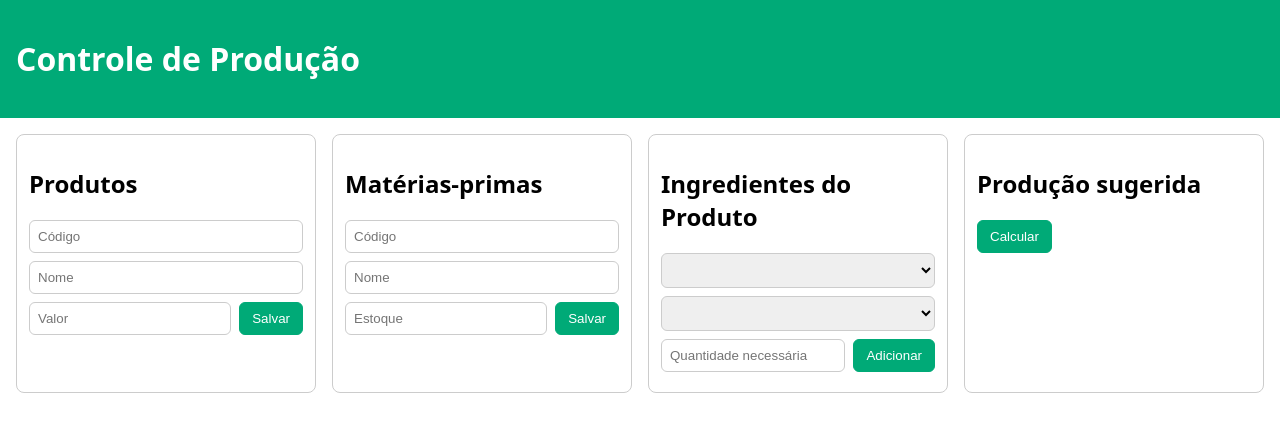
Repository: renancastilho/AutoFlex
Page: frontend/index.html
These files come from the project's save history. The page is drawn as it stood at one moment and after the next save; the edit follows.
The browser window is 1280 px wide. The pictures show the whole page.
The page's requests for data from a server got no answer.

Above is the page before, as saved 2026-02-02 10:28:46.

### frontend/index.html
<!doctype html>
<html lang="pt-br">
<head>
  <meta charset="utf-8">
  <meta name="viewport" content="width=device-width, initial-scale=1">
  <title>Controle de Produção</title>
  <link rel="stylesheet" href="/web/estilos.css">
</head>
<body>
  <header class="cabecalho">
    <h1>Controle de Produção</h1>
  </header>
  <main class="conteudo">
    <section class="cartao">
      <h2>Produtos</h2>
      <form id="form-produto" class="linha">
        <input id="produto-codigo" placeholder="Código" required>
        <input id="produto-nome" placeholder="Nome" required>
        <input id="produto-valor" placeholder="Valor" type="number" step="0.01" required>
        <button type="submit">Salvar</button>
      </form>
      <div id="lista-produtos" class="lista"></div>
    </section>
    <section class="cartao">
      <h2>Matérias-primas</h2>
      <form id="form-materia" class="linha">
        <input id="materia-codigo" placeholder="Código" required>
        <input id="materia-nome" placeholder="Nome" required>
        <input id="materia-estoque" placeholder="Estoque" type="number" required>
        <button type="submit">Salvar</button>
      </form>
      <div id="lista-materias" class="lista"></div>
    </section>
    <section class="cartao">
      <h2>Ingredientes do Produto</h2>
      <div class="linha">
        <select id="produto-selecionado"></select>
        <select id="materia-selecionada"></select>
        <input id="quantidade-necessaria" type="number" placeholder="Quantidade necessária">
        <button id="btn-adicionar-ingrediente">Adicionar</button>
      </div>
      <div id="lista-ingredientes" class="lista"></div>
    </section>
    <section class="cartao">
      <h2>Produção sugerida</h2>
      <button id="btn-calcular">Calcular</button>
      <div id="lista-producao" class="lista"></div>
      <div id="valor-total" class="total"></div>
    </section>
  </main>
  <script src="/web/script.js"></script>
</body>
</html>

### frontend/estilos.css
:root { color-scheme: light dark; }
body { font-family: system-ui, Arial, sans-serif; margin: 0; }
.cabecalho { padding: 16px; background: #0a7; color: #fff; }
.conteudo { display: grid; gap: 16px; padding: 16px; grid-template-columns: repeat(auto-fit, minmax(280px, 1fr)); }
.cartao { border: 1px solid #ccc; border-radius: 8px; padding: 12px; background: #fff0; }
.linha { display: flex; gap: 8px; flex-wrap: wrap; }
.lista { margin-top: 8px; display: grid; gap: 8px; }
.item { display: flex; justify-content: space-between; align-items: center; border: 1px solid #ddd; border-radius: 6px; padding: 8px; }
.item b { margin-right: 8px; }
button { padding: 8px 12px; border: 1px solid #0a7; background: #0a7; color: #fff; border-radius: 6px; cursor: pointer; }
button.secondary { background: #fff; color: #0a7; }
input, select { padding: 8px; border: 1px solid #ccc; border-radius: 6px; flex: 1; min-width: 140px; }
.total { margin-top: 8px; font-weight: bold; }

### frontend/script.js
const api = {
    produtos: '/produtos',
    materias: '/materias-primas',
    associacoes: '/associacoes',
    producao: '/producao/sugerida'
}

async function carregar_produtos() {
    const r = await fetch(api.produtos)
    const itens = await r.json()
    const lista = document.getElementById('lista-produtos')
    const select = document.getElementById('produto-selecionado')
    lista.innerHTML = ''
    select.innerHTML = ''
    itens.forEach(p => {
        const div = document.createElement('div')
        div.className = 'item'
        div.innerHTML = `<div><b>${p.codigo}</b> ${p.nome} - R$ ${p.valor.toFixed(2)}</div>
      <div>
        <button class="secondary" data-id="${p.id}" data-acao="editar">Editar</button>
        <button data-id="${p.id}" data-acao="excluir">Excluir</button>
      </div>`
        lista.appendChild(div)
        const opt = document.createElement('option')
        opt.value = p.id
        opt.textContent = `${p.codigo} - ${p.nome}`
        select.appendChild(opt)
    })
}

async function carregar_materias() {
    const r = await fetch(api.materias)
    const itens = await r.json()
    const lista = document.getElementById('lista-materias')
    const select = document.getElementById('materia-selecionada')
    lista.innerHTML = ''
    select.innerHTML = ''
    itens.forEach(m => {
        const div = document.createElement('div')
        div.className = 'item'
        div.innerHTML = `<div><b>${m.codigo}</b> ${m.nome} - estoque: ${m.quantidade_estoque}</div>
      <div>
        <button class="secondary" data-id="${m.id}" data-acao="editar">Editar</button>
        <button data-id="${m.id}" data-acao="excluir">Excluir</button>
      </div>`
        lista.appendChild(div)
        const opt = document.createElement('option')
        opt.value = m.id
        opt.textContent = `${m.codigo} - ${m.nome}`
        select.appendChild(opt)
    })
}

async function carregar_ingredientes() {
    const produto_id = document.getElementById('produto-selecionado').value
    if (!produto_id) return
    const r = await fetch(`${api.associacoes}/produto/${produto_id}`)
    const itens = await r.json()
    const lista = document.getElementById('lista-ingredientes')
    lista.innerHTML = ''
    itens.forEach(a => {
        const div = document.createElement('div')
        div.className = 'item'
        div.innerHTML = `<div>#${a.id} - Matéria ${a.materia_prima_id} precisa ${a.quantidade_necessaria}</div>
      <div>
        <button class="secondary" data-id="${a.id}" data-acao="editar-ingrediente">Editar</button>
        <button data-id="${a.id}" data-acao="excluir-ingrediente">Excluir</button>
      </div>`
        lista.appendChild(div)
    })
}

async function salvar_produto(e) {
    e.preventDefault()
    const codigo = document.getElementById('produto-codigo').value.trim()
    const nome = document.getElementById('produto-nome').value.trim()
    const valor = parseFloat(document.getElementById('produto-valor').value)
    if (!codigo || !nome || !valor) return
    await fetch(api.produtos, {
        method: 'POST',
        headers: { 'Content-Type': 'application/json' },
        body: JSON.stringify({ codigo, nome, valor })
    })
    e.target.reset()
    carregar_produtos()
}

async function salvar_materia(e) {
    e.preventDefault()
    const codigo = document.getElementById('materia-codigo').value.trim()
    const nome = document.getElementById('materia-nome').value.trim()
    const quantidade_estoque = parseInt(document.getElementById('materia-estoque').value)
    if (!codigo || !nome || isNaN(quantidade_estoque)) return
    await fetch(api.materias, {
        method: 'POST',
        headers: { 'Content-Type': 'application/json' },
        body: JSON.stringify({ codigo, nome, quantidade_estoque })
    })
    e.target.reset()
    carregar_materias()
}

async function adicionar_ingrediente() {
    const produto_id = document.getElementById('produto-selecionado').value
    const materia_prima_id = parseInt(document.getElementById('materia-selecionada').value)
    const quantidade_necessaria = parseInt(document.getElementById('quantidade-necessaria').value)
    if (!produto_id || !materia_prima_id || !quantidade_necessaria) return
    await fetch(`${api.associacoes}/produto/${produto_id}`, {
        method: 'POST',
        headers: { 'Content-Type': 'application/json' },
        body: JSON.stringify({ materia_prima_id, quantidade_necessaria })
    })
    document.getElementById('quantidade-necessaria').value = ''
    carregar_ingredientes()
}

async function editar_excluir_lista(e) {
    const botao = e.target.closest('button')
    if (!botao) return
    const acao = botao.dataset.acao
    const id = botao.dataset.id
    if (acao === 'excluir') {
        await fetch(`${api.produtos}/${id}`, { method: 'DELETE' })
        carregar_produtos()
        carregar_ingredientes()
    } else if (acao === 'editar') {
        const nome = prompt('Novo nome:')
        const valor = prompt('Novo valor:')
        if (!nome && !valor) return
        const body = {}
        if (nome) body.nome = nome
        if (valor) body.valor = parseFloat(valor)
        await fetch(`${api.produtos}/${id}`, { method: 'PUT', headers: { 'Content-Type': 'application/json' }, body: JSON.stringify(body) })
        carregar_produtos()
    }
    if (acao === 'excluir-ingrediente') {
        await fetch(`${api.associacoes}/${id}`, { method: 'DELETE' })
        carregar_ingredientes()
    } else if (acao === 'editar-ingrediente') {
        const quantidade_necessaria = prompt('Nova quantidade necessária:')
        if (!quantidade_necessaria) return
        await fetch(`${api.associacoes}/${id}`, { method: 'PUT', headers: { 'Content-Type': 'application/json' }, body: JSON.stringify({ materia_prima_id: 0, quantidade_necessaria: parseInt(quantidade_necessaria) }) })
        carregar_ingredientes()
    }
}

async function editar_excluir_materias(e) {
    const botao = e.target.closest('button')
    if (!botao) return
    const acao = botao.dataset.acao
    const id = botao.dataset.id
    if (acao === 'excluir') {
        await fetch(`${api.materias}/${id}`, { method: 'DELETE' })
        carregar_materias()
        carregar_ingredientes()
    } else if (acao === 'editar') {
        const nome = prompt('Novo nome:')
        const quantidade_estoque = prompt('Nova quantidade em estoque:')
        if (!nome && !quantidade_estoque) return
        const body = {}
        if (nome) body.nome = nome
        if (quantidade_estoque) body.quantidade_estoque = parseInt(quantidade_estoque)
        await fetch(`${api.materias}/${id}`, { method: 'PUT', headers: { 'Content-Type': 'application/json' }, body: JSON.stringify(body) })
        carregar_materias()
    }
}

async function calcular_producao() {
    const r = await fetch(api.producao)
    const dados = await r.json()
    const lista = document.getElementById('lista-producao')
    const total = document.getElementById('valor-total')
    lista.innerHTML = ''
    dados.itens.forEach(i => {
        const div = document.createElement('div')
        div.className = 'item'
        div.innerHTML = `<div><b>${i.codigo}</b> ${i.nome} → ${i.quantidade} un</div><div>R$ ${i.valor_total_item.toFixed(2)}</div>`
        lista.appendChild(div)
    })
    total.textContent = `Valor total: R$ ${dados.valor_total.toFixed(2)}`
    carregar_materias()
}

document.getElementById('form-produto').addEventListener('submit', salvar_produto)
document.getElementById('form-materia').addEventListener('submit', salvar_materia)
document.getElementById('btn-adicionar-ingrediente').addEventListener('click', adicionar_ingrediente)
document.getElementById('btn-calcular').addEventListener('click', calcular_producao)
document.getElementById('lista-produtos').addEventListener('click', editar_excluir_lista)
document.getElementById('lista-materias').addEventListener('click', editar_excluir_materias)
document.getElementById('produto-selecionado').addEventListener('change', carregar_ingredientes)

carregar_produtos().then(carregar_materias).then(carregar_ingredientes)

After the next save:
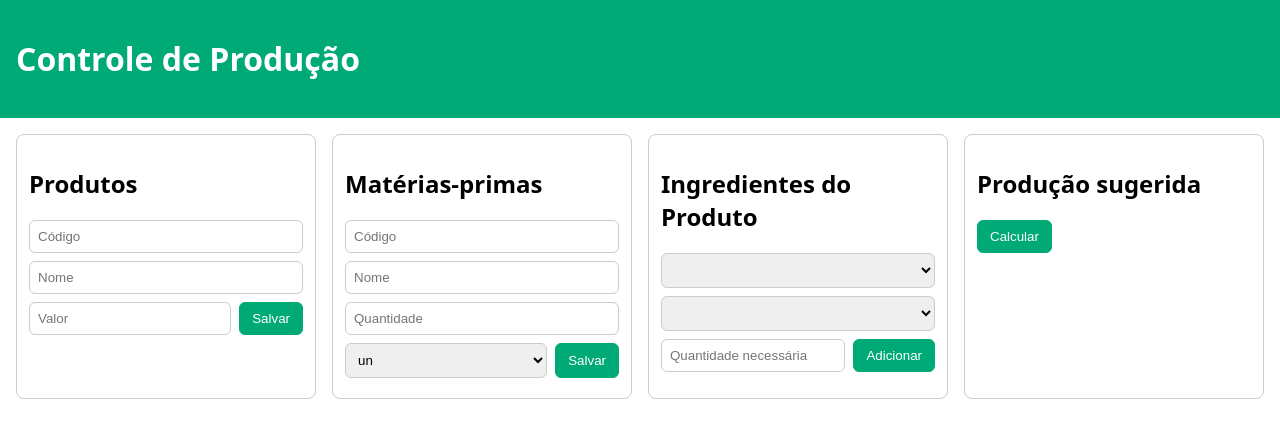
Saved 14 min 11 s later.
--- a/frontend/index.html
+++ b/frontend/index.html
@@ -1,53 +1,61 @@
 <!doctype html>
 <html lang="pt-br">
+
 <head>
-  <meta charset="utf-8">
-  <meta name="viewport" content="width=device-width, initial-scale=1">
-  <title>Controle de Produção</title>
-  <link rel="stylesheet" href="/web/estilos.css">
+    <meta charset="utf-8">
+    <meta name="viewport" content="width=device-width, initial-scale=1">
+    <title>Controle de Produção</title>
+    <link rel="stylesheet" href="/web/estilos.css">
 </head>
+
 <body>
-  <header class="cabecalho">
-    <h1>Controle de Produção</h1>
-  </header>
-  <main class="conteudo">
-    <section class="cartao">
-      <h2>Produtos</h2>
-      <form id="form-produto" class="linha">
-        <input id="produto-codigo" placeholder="Código" required>
-        <input id="produto-nome" placeholder="Nome" required>
-        <input id="produto-valor" placeholder="Valor" type="number" step="0.01" required>
-        <button type="submit">Salvar</button>
-      </form>
-      <div id="lista-produtos" class="lista"></div>
-    </section>
-    <section class="cartao">
-      <h2>Matérias-primas</h2>
-      <form id="form-materia" class="linha">
-        <input id="materia-codigo" placeholder="Código" required>
-        <input id="materia-nome" placeholder="Nome" required>
-        <input id="materia-estoque" placeholder="Estoque" type="number" required>
-        <button type="submit">Salvar</button>
-      </form>
-      <div id="lista-materias" class="lista"></div>
-    </section>
-    <section class="cartao">
-      <h2>Ingredientes do Produto</h2>
-      <div class="linha">
-        <select id="produto-selecionado"></select>
-        <select id="materia-selecionada"></select>
-        <input id="quantidade-necessaria" type="number" placeholder="Quantidade necessária">
-        <button id="btn-adicionar-ingrediente">Adicionar</button>
-      </div>
-      <div id="lista-ingredientes" class="lista"></div>
-    </section>
-    <section class="cartao">
-      <h2>Produção sugerida</h2>
-      <button id="btn-calcular">Calcular</button>
-      <div id="lista-producao" class="lista"></div>
-      <div id="valor-total" class="total"></div>
-    </section>
-  </main>
-  <script src="/web/script.js"></script>
+    <header class="cabecalho">
+        <h1>Controle de Produção</h1>
+    </header>
+    <main class="conteudo">
+        <section class="cartao">
+            <h2>Produtos</h2>
+            <form id="form-produto" class="linha">
+                <input id="produto-codigo" placeholder="Código" required>
+                <input id="produto-nome" placeholder="Nome" required>
+                <input id="produto-valor" placeholder="Valor" type="number" step="0.01" required>
+                <button type="submit">Salvar</button>
+            </form>
+            <div id="lista-produtos" class="lista"></div>
+        </section>
+        <section class="cartao">
+            <h2>Matérias-primas</h2>
+            <form id="form-materia" class="linha">
+                <input id="materia-codigo" placeholder="Código" required>
+                <input id="materia-nome" placeholder="Nome" required>
+                <input id="materia-estoque" placeholder="Quantidade" type="text" inputmode="decimal" required>
+                <select id="materia-unidade">
+                    <option value="un">un</option>
+                    <option value="kg">kg</option>
+                    <option value="g">g</option>
+                </select>
+                <button type="submit">Salvar</button>
+            </form>
+            <div id="lista-materias" class="lista"></div>
+        </section>
+        <section class="cartao">
+            <h2>Ingredientes do Produto</h2>
+            <div class="linha">
+                <select id="produto-selecionado"></select>
+                <select id="materia-selecionada"></select>
+                <input id="quantidade-necessaria" type="number" placeholder="Quantidade necessária">
+                <button id="btn-adicionar-ingrediente">Adicionar</button>
+            </div>
+            <div id="lista-ingredientes" class="lista"></div>
+        </section>
+        <section class="cartao">
+            <h2>Produção sugerida</h2>
+            <button id="btn-calcular">Calcular</button>
+            <div id="lista-producao" class="lista"></div>
+            <div id="valor-total" class="total"></div>
+        </section>
+    </main>
+    <script src="/web/script.js"></script>
 </body>
+
 </html>
